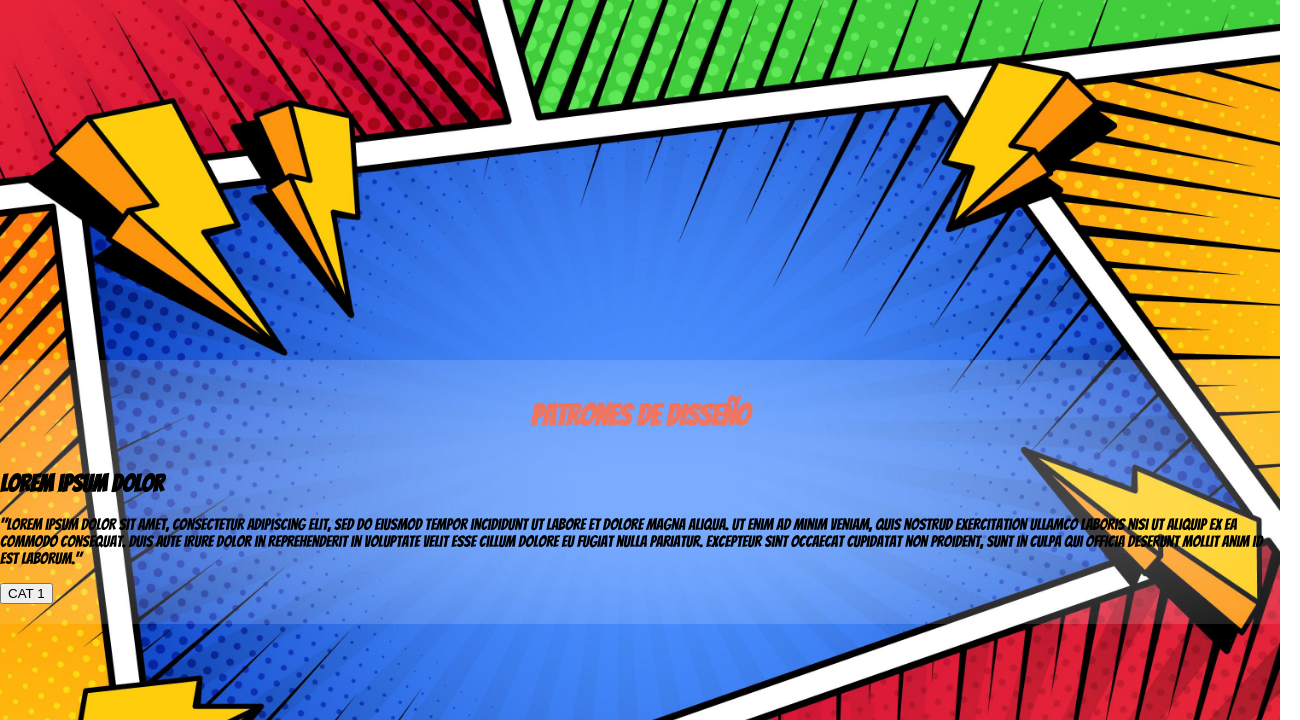
Repository: nrsWebs/design-pattern-es
Page: index.html
An editor plug-in stored every save of this project. The page is shown before and after the next save, followed by the edit.
The browser window is 1280 px wide. The page is 1300 px wide, so the pictures cover 1300 px, including what lies to the right of the window. The pictures show the whole page.

Above is the page before, as saved 2021-02-06 19:47:29.

After the next save:
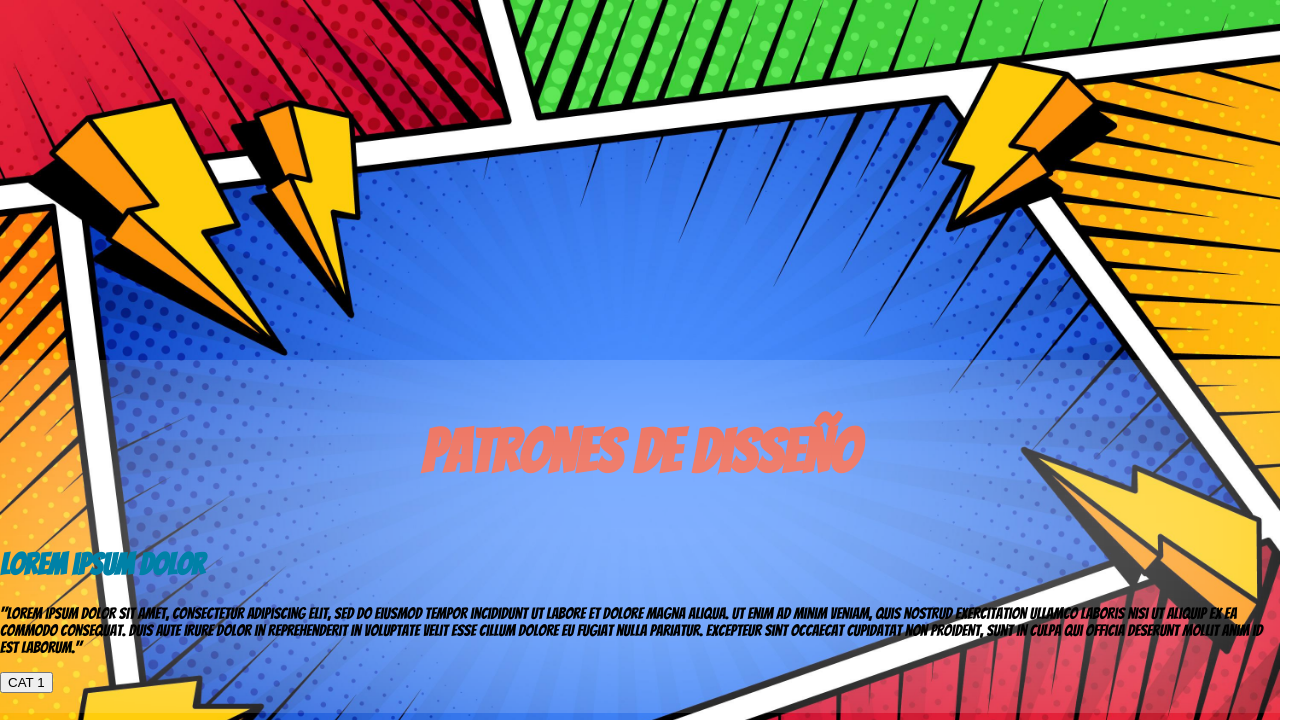
Saved 54 s later.
--- a/source/main.css
+++ b/source/main.css
@@ -1,6 +1,7 @@
 :root {
     --main: #000;
     --secondary:  #E94F37;
+    --auxiliar: #0081A7;
 }
 body .hidden-container{
     display: none;;
@@ -29,9 +30,8 @@ h1{
     color: var(--secondary);
     font-size: 60px;
 }
-h1{
-    text-align: center;
-    color: var(--secondary);
+h2{
+    color: var(--auxiliar);
     font-size: 30px;
 }
 .box {
